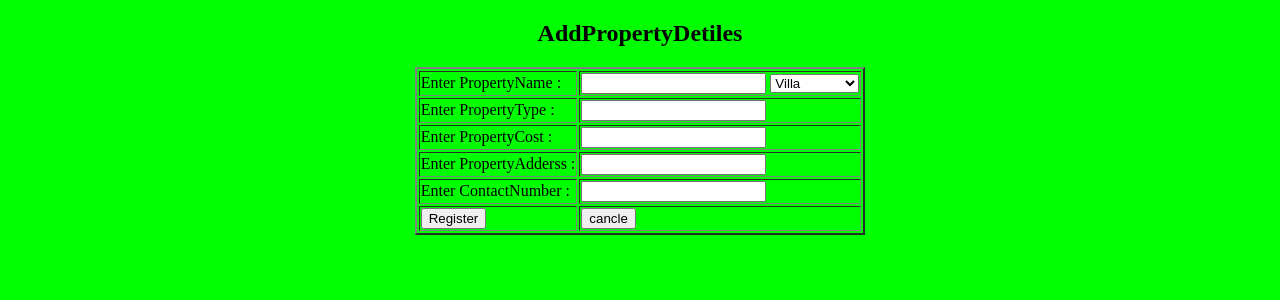
Repository: khadri2021/A2023_Task_Property_Management
Page: http://localhost/AdderssMakersWeb/Add.jsp
These files come from the project's save history. The page is drawn as it stood at one moment and after the next save; the edit follows.
The browser window is 1280 px wide. The pictures show the whole page.
The page is served by Tomcat 9. Other server files are loaded and not shown.

Above is the page before, as saved 2024-02-11 11:31:38.

### AdderssMakersWeb/WebContent/Add.jsp
<%@ page language="java" contentType="text/html; charset=ISO-8859-1"
    pageEncoding="ISO-8859-1"%>
<!DOCTYPE html>
<html>
<head>
<meta charset="ISO-8859-1">
<title>ADD PropertyDetiles</title>
</head>
<body bgcolor ="#00FF00">
<dev align=center>
 <h2>AddPropertyDetiles</h2>
 </dev>
 <center>
<table border="2">
<tr>
<td>Enter PropertyName :</td>
<td><input type="text" name="ProName">
<select name="Types">
<option value="Villa">Villa
<option value="Gesthouse">GestHouse
<option value="Villa">Villa
<option value="Villa">Villa
<option value="House">House
</td>



</select>
</tr>
<tr>
<td>Enter PropertyType :</td>
<td><input type="text" name="ProType"></td>
</tr>
<tr>
<td>Enter PropertyCost :</td>
<td><input type="text" name="ProCost"></td>
</tr>
<tr>
<td>Enter PropertyAdderss :</td>
<td><input type="text" name="ProAdd"></td>
</tr>
<tr>
<td>Enter ContactNumber :</td>
<td><input type="number" name="con"></td>
</tr>
<tr><td> <input type="button" value="Register"></td><td> <input type="button" value="cancle"></td></tr>


</table>
</center>
</body>
</html>

After the next save:
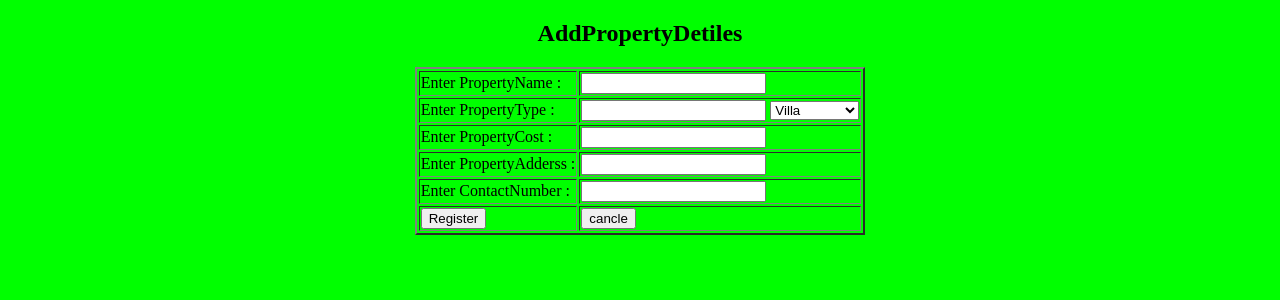
Saved 68 s later.
--- a/AdderssMakersWeb/WebContent/Add.jsp
+++ b/AdderssMakersWeb/WebContent/Add.jsp
@@ -14,7 +14,12 @@
 <table border="2">
 <tr>
 <td>Enter PropertyName :</td>
-<td><input type="text" name="ProName">
+<td><input type="text" name="ProName"></td>
+
+</tr>
+<tr>
+<td>Enter PropertyType :</td>
+<td><input type="text" name="ProType">
 <select name="Types">
 <option value="Villa">Villa
 <option value="Gesthouse">GestHouse
@@ -26,10 +31,13 @@
 
 
 </select>
-</tr>
-<tr>
-<td>Enter PropertyType :</td>
-<td><input type="text" name="ProType"></td>
+
+
+
+
+
+
+</td>
 </tr>
 <tr>
 <td>Enter PropertyCost :</td>
